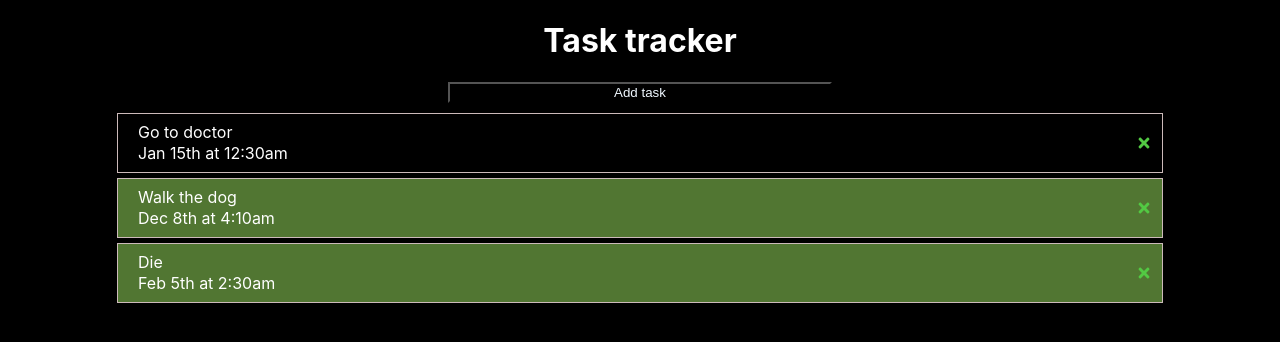
Repository: roscaImarius/task-tracker-react
Page: /
The author's editor kept a copy of each file at every save. The page is drawn from the files as they stood at one save, then again after the next save.
The browser window is 1280 px wide. The pictures show the whole page.
The project was rebuilt for these pictures with package versions that can differ from the ones it lists, and the page was loaded fresh each time. Also part of the build but not shown: src/components/AddTask.js.

Above is the page before, as saved 2021-03-31 13:03:54.

### src/App.js
import "./App.css";
import Header from "./components/Header";
import React, { useState } from "react";

function App() {
  const [showAdd, setShowAdd] = useState(false);
  const [tasks, setTasks] = useState([
    {
      id: 1,
      text: "Go to doctor",
      day: "Jan 15th at 12:30am",
      reminder: false,
    },
    {
      id: 2,
      text: "Walk the dog",
      day: "Dec 8th at 4:10am",
      reminder: true,
    },
    {
      id: 3,
      text: "Die",
      day: "Feb 5th at 2:30am",
      reminder: true,
    },
  ]);

  // show add form
  const onClickAdd = () => {
    setShowAdd(!showAdd);
  };

  // save task
  const onSaveTask = (task) => {
    let randId = new Date().getTime();
    const newTask = { id: randId, ...task };
    console.log(newTask);
    setTasks([...tasks, newTask]);
    setShowAdd(false);
  };

  //delete task
  const onDelete = (id) => {
    setTasks(tasks.filter((t) => t.id !== id));
  };
  // Mark task
  const onDubleClick = (id) => {
    setTasks(
      tasks.map((task) =>
        task.id === id ? { ...task, reminder: !task.reminder } : task
      )
    );
  };
  return (
    <div className="App">
      <Header
        showAdd={showAdd}
        setShowAdd={setShowAdd}
        title={"Task tracker"}
        onDelete={onDelete}
        onSaveTask={onSaveTask}
        onClickAdd={onClickAdd}
        onDubleClick={onDubleClick}
        tasks={tasks}
      />
      {tasks.length === 0 ? <p>No tasks to show</p> : null}
    </div>
  );
}

export default App;

### src/App.css
.App {
  text-align: center;
}
body {
  background-color: black;
  color: white;
}

/* HEADER */
.header-container {
  display: flex;
  flex-direction: column;
}
.add-btn {
  background-color: black;
  color: aliceblue;
  margin: auto;
  width: 30%;
}
.task {
  display: flex;
  justify-content: space-between;
  padding-left: 20px;
  margin: auto;
  line-height: 5px;
  margin-bottom: 5px;
  border: 1px solid rgb(204, 186, 186);
  width: 80%;
  text-align: start;
}
.x {
  margin-right: 10px;
  color: rgb(82, 201, 67);
  margin: auto 5px;
  cursor: pointer;
  padding: 5px;
}
.marked {
  background-color: rgba(161, 236, 100, 0.5);
}
/* FORM */
.form-field {
  margin: 0 auto;
  display: flex;
  flex-direction: column;
  text-align: start;
  width: 80%;
  box-sizing: border-box;
}
.form-container {
  margin: auto;
  width: 70%;
  display: inline-block;
  padding: 10px;
  border: 1px solid gray;
  margin-bottom: 10px;
}
.saveTask {
  background-color: rgb(194, 192, 192);
}
input {
  background-color: rgb(209, 206, 206);
}

### src/components/Header.js
import React from "react";
import PropTypes from "prop-types";
import Tasks from "./Tasks";
import Button from "./Button";
import AddTask from "./AddTask";

const Header = ({
  title,
  onClickAdd,
  onDelete,
  onSaveTask,
  onDubleClick,
  tasks,
  showAdd,
  setShowAdd,
}) => {
  return (
    <header className="header-container">
      <h1>{title}</h1>
      <Button
        onClick={onClickAdd}
        showAdd={showAdd}
        setShowAdd={setShowAdd}
        // color="yellow"
      />
      {showAdd && <AddTask onSaveTask={onSaveTask} />}
      <Tasks onDelete={onDelete} onDubleClick={onDubleClick} tasks={tasks} />
    </header>
  );
};

Header.defaultProps = {
  title: "Task tracker",
};

Header.propTypes = {
  title: PropTypes.string.isRequired,
};

export default Header;

### src/components/Tasks.js
import React from "react";
import Task from "./Task";

const Tasks = ({ tasks, onDubleClick, onDelete }) => {
  return (
    <div>
      {tasks.map((t) => (
        <Task
          key={t.id}
          onDubleClick={onDubleClick}
          onDelete={onDelete}
          t={t}
        />
      ))}
    </div>
  );
};

export default Tasks;

### src/components/Button.js
import React from "react";

const Button = ({ color, showAdd, onClick }) => {
  return (
    <button
      onClick={onClick}
      style={{ backgroundColor: color, marginBottom: "10px" }}
      className="add-btn"
    >
      {showAdd ? "Cancel add task " : "Add task"}
    </button>
  );
};
// Button.defaultProps = {
//   color: "gray",
// };

export default Button;

### src/components/Task.js
import React from "react";
import { FaTimes } from "react-icons/fa";

const Task = ({ t, onDubleClick, onDelete }) => {
  return (
    <div
      onDoubleClick={() => onDubleClick(t.id)}
      className={t.reminder ? "marked task" : "task"}
    >
      <div>
        <p>{t.text}</p>
        <p>{t.day}</p>
      </div>
      <FaTimes className="x" onClick={() => onDelete(t.id)} />
    </div>
  );
};

export default Task;

Loaded but not shown: public/index.html (common file); src/index.js (common file); src/index.css (common file); src/reportWebVitals.js (common file)

After the next save:
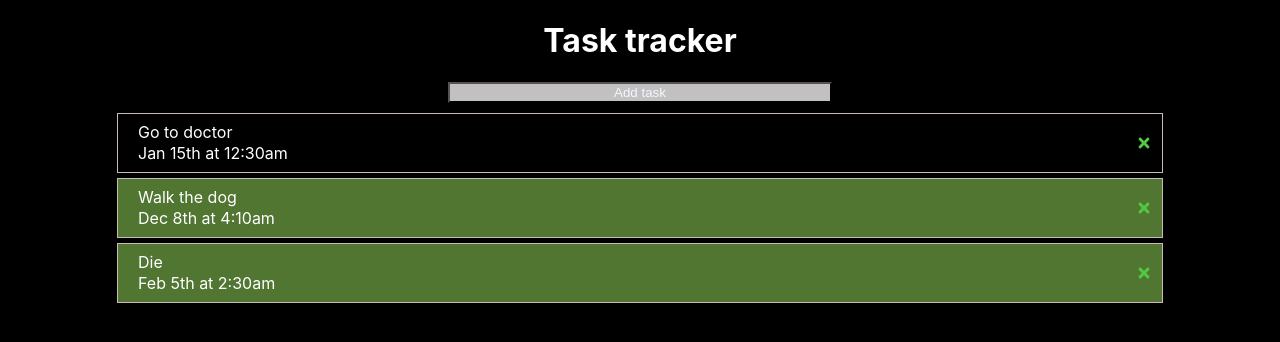
Saved 17 s later.
--- a/src/components/Button.js
+++ b/src/components/Button.js
@@ -11,8 +11,8 @@ const Button = ({ color, showAdd, onClick }) => {
     </button>
   );
 };
-// Button.defaultProps = {
-//   color: "gray",
-// };
+Button.defaultProps = {
+  color: " rgb(194, 192, 192)",
+};
 
 export default Button;
